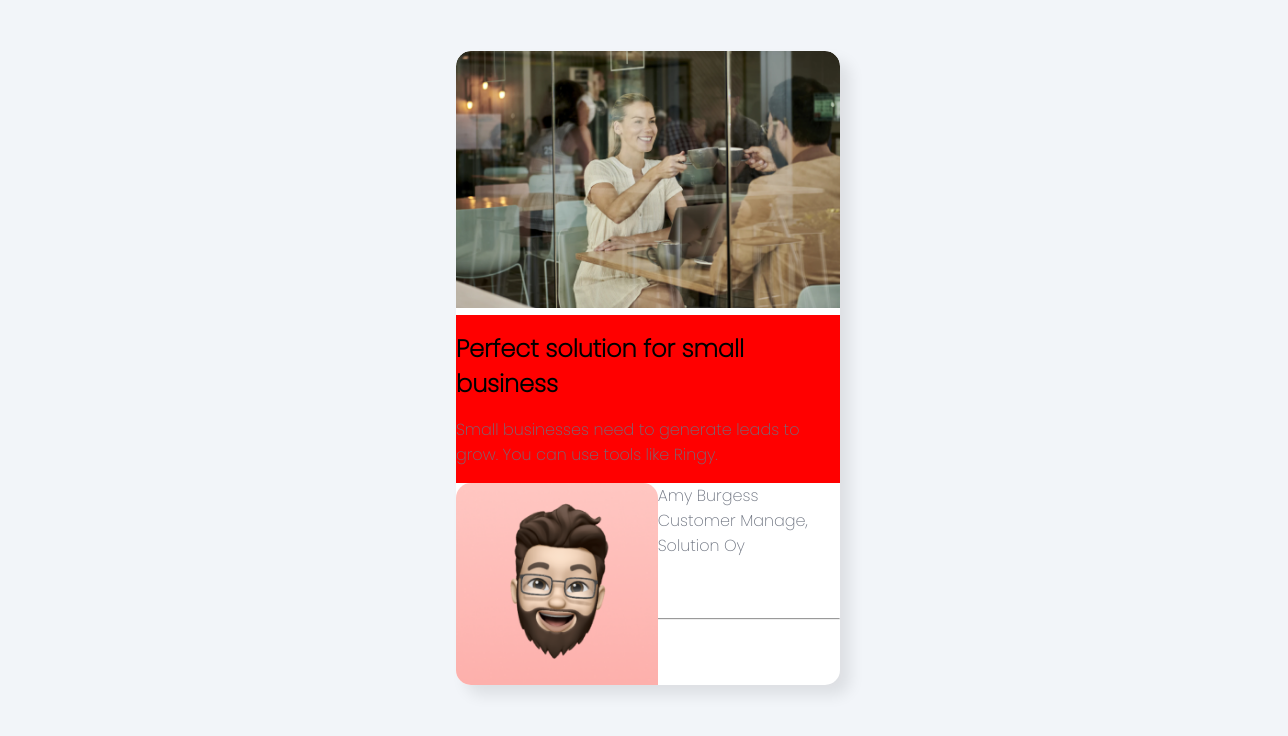
Repository: massndongo/business-blog-card
Page: index.html
The author's editor kept a copy of each file at every save. The page is drawn from the files as they stood at one save, then again after a run of saves.
The browser window is 1280 px wide. The page is 1288 px wide, so the pictures cover 1288 px, including what lies to the right of the window. The pictures show the whole page.

Above is the page before, as saved 2023-11-08 05:01:40.

After the next 3 saves:
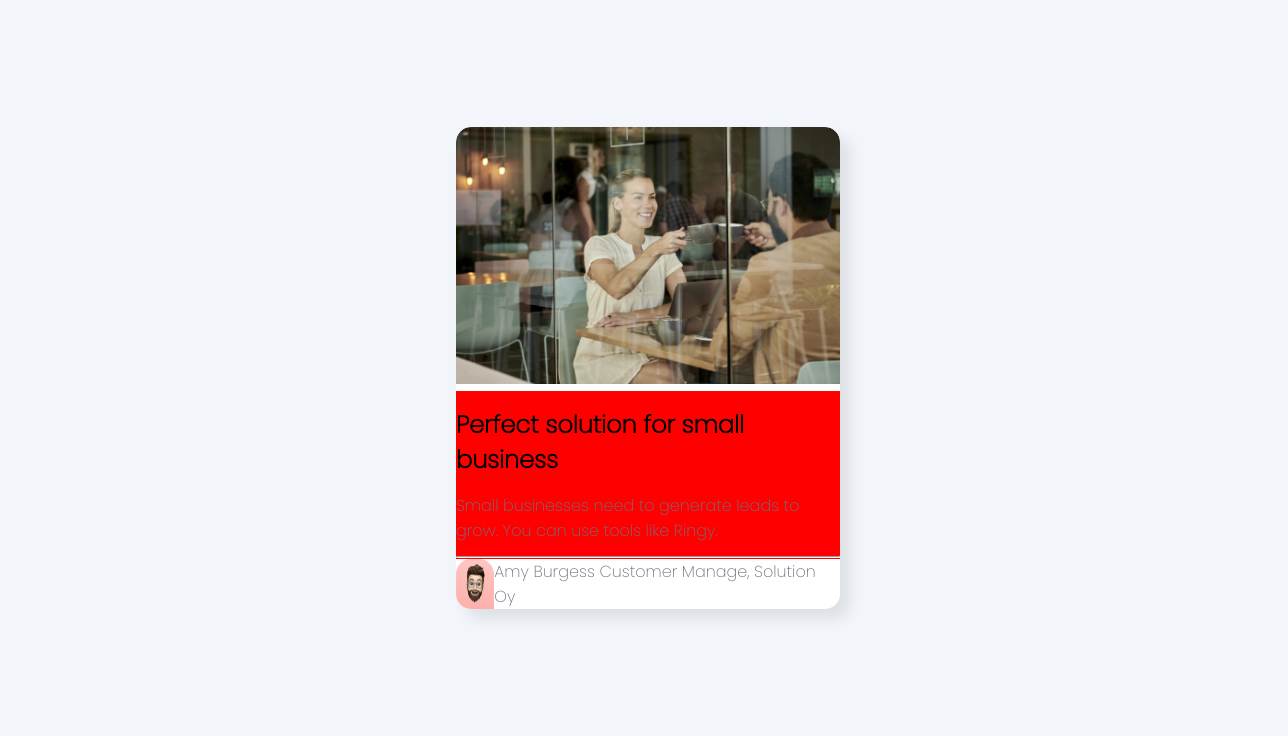
The 3 saves are shown as one change because they came seconds apart.
The last was saved 8 s later.
--- a/css/styles.css
+++ b/css/styles.css
@@ -50,7 +50,7 @@ body {
     font-size: 16px;
 }
 .card-footer img{
-
+    width: 10%;
 }
 .corps, .card-footer, hr{
     color: #6C727F
